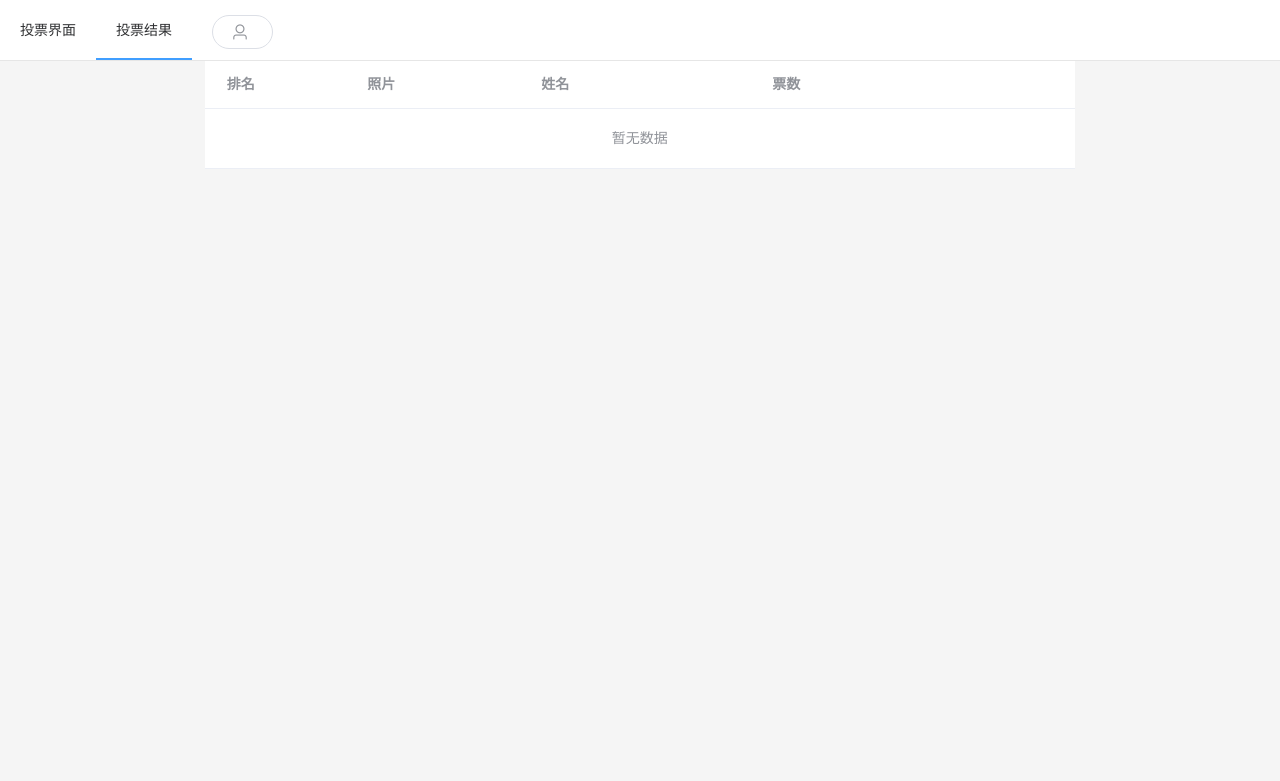
Repository: 280hhh/vote
Page: /#/result
The author's editor kept a copy of each file at every save. The page is drawn from the files as they stood at one save, then again after the next save.
The browser window is 1280 px wide. The pictures show the whole page.
The project was rebuilt for these pictures with package versions that can differ from the ones it lists, and the page was loaded fresh each time. Also part of the build but not shown: src/components/login.vue, src/components/home.vue, src/components/register.vue.

Above is the page before, as saved 2021-06-14 19:39:53.

After the next save:
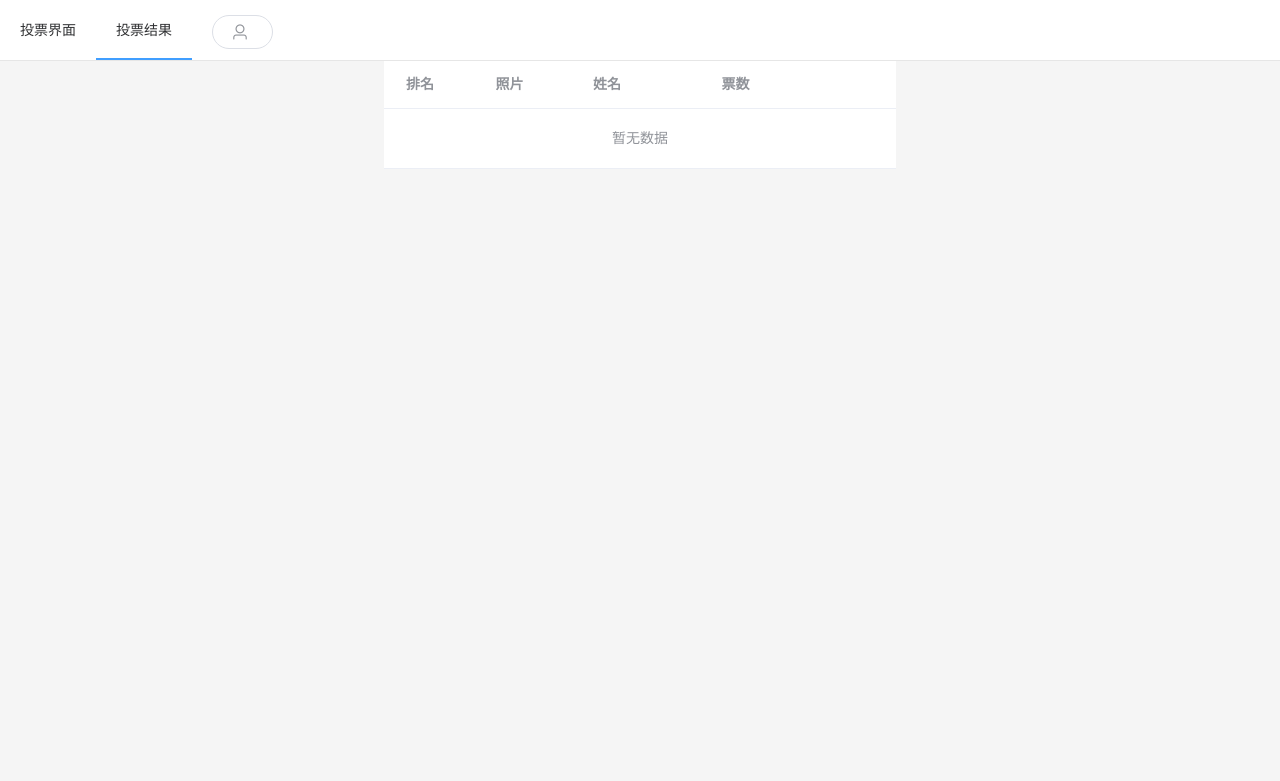
Saved 19 s later.
--- a/src/components/result.vue
+++ b/src/components/result.vue
@@ -1,7 +1,7 @@
 <template>
   <div class="result_container">
     <div class="result_box">
-      <el-table :data="contestants" stripe style="width:68%;margin:auto;">
+      <el-table :data="contestants" stripe style="width:40%;margin:auto;">
             <el-table-column width="60" label="排名" align="right">
                 <template scope="scope"><span>{{scope.$index + 1}}</span> </template>
             </el-table-column>

After the save that followed:
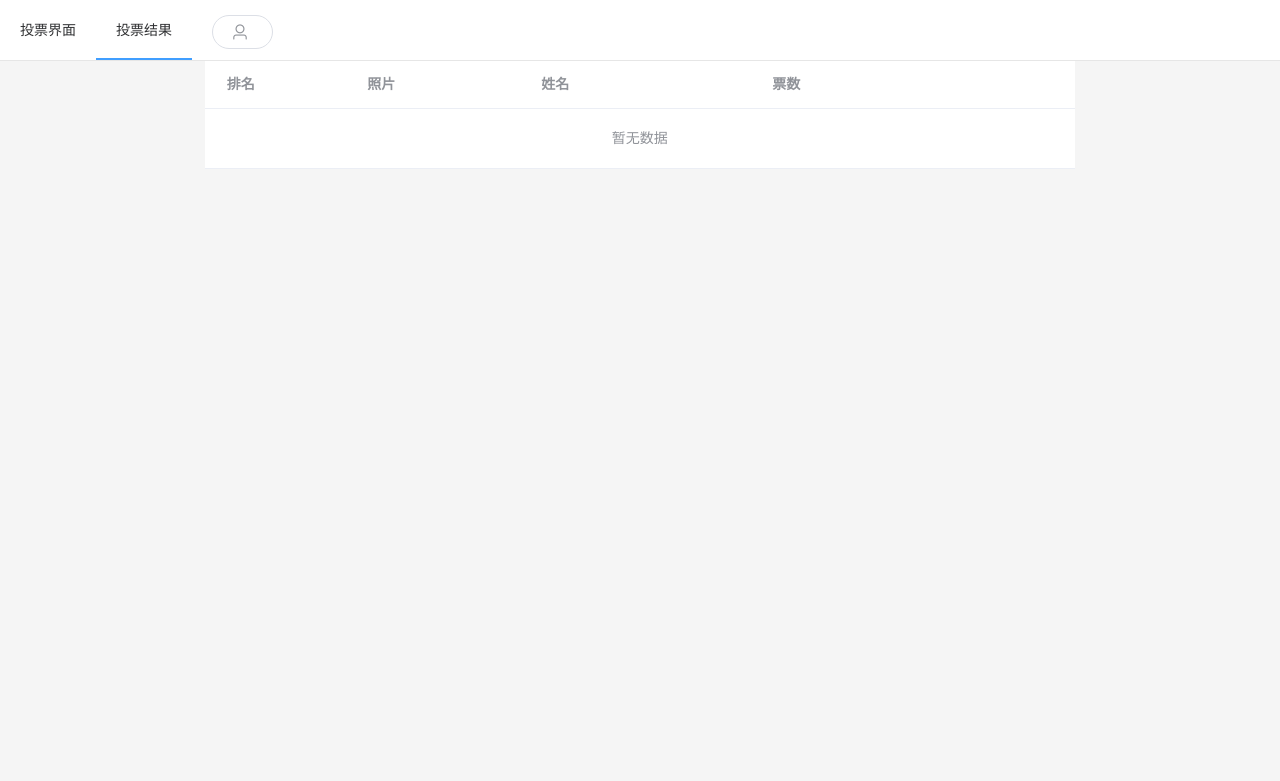
Saved 5 s later.
--- a/src/components/result.vue
+++ b/src/components/result.vue
@@ -1,7 +1,7 @@
 <template>
   <div class="result_container">
     <div class="result_box">
-      <el-table :data="contestants" stripe style="width:40%;margin:auto;">
+      <el-table :data="contestants" stripe style="width:68%;margin:auto;">
             <el-table-column width="60" label="排名" align="right">
                 <template scope="scope"><span>{{scope.$index + 1}}</span> </template>
             </el-table-column>
